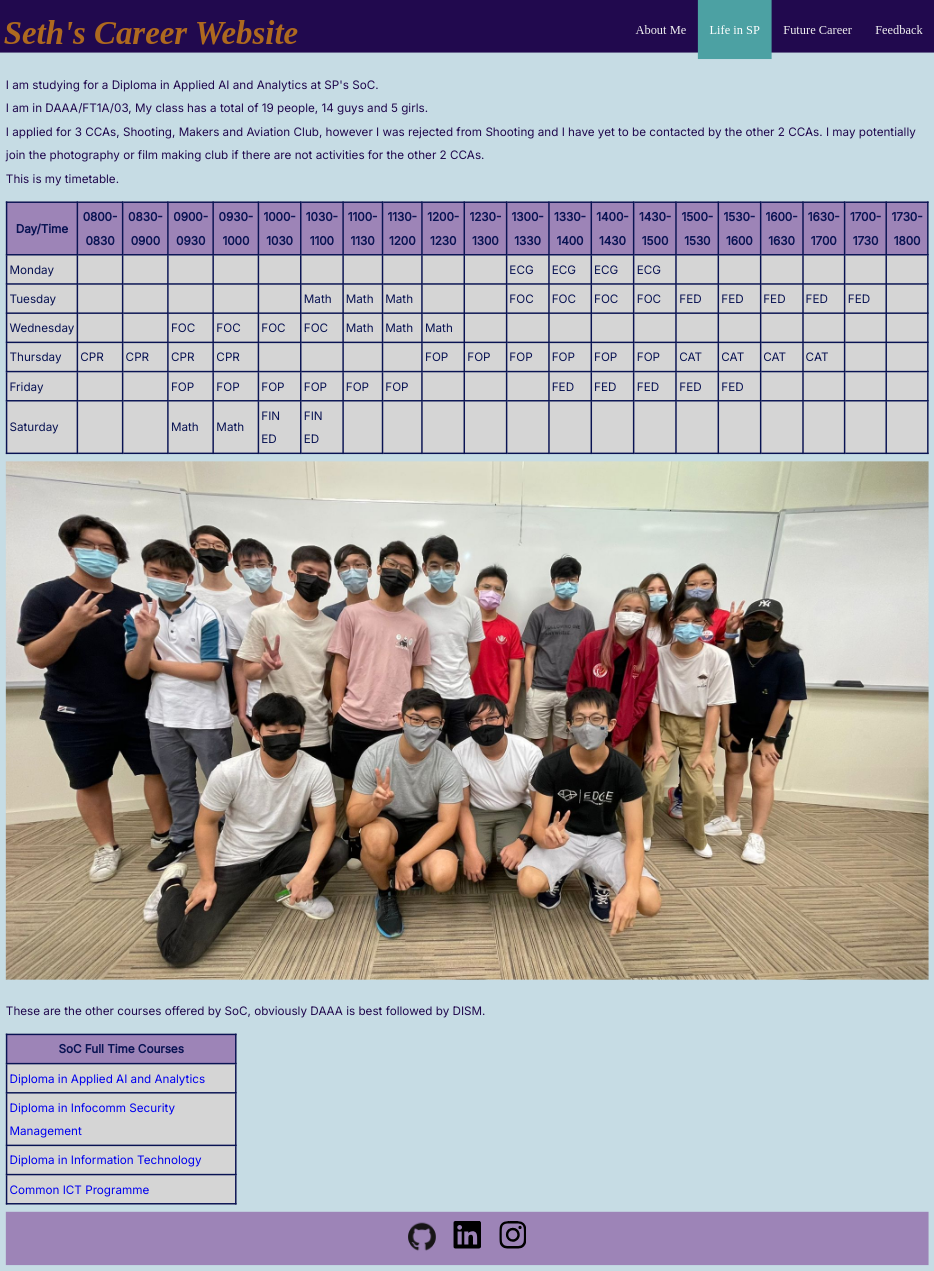
Repository: idkSeth/SP-FED-Website
Page: life.html
The author's editor kept a record of every edit. The page is drawn from the files as they stood at one moment, then again after the next edit.
The browser window is 1280 px wide. The pictures show the whole page, at 73% of full size.
Some web fonts or font styles are not loaded; a fallback is used.

Above is the page before.

### life.html
<!DOCTYPE html>
<html lang="en">
<head>
    <title>Seth's Career Website</title>
    <link rel="icon" type="image" href="/images/favicon.png">
    <meta charset="UTF-8">
    <script src="scripts.js"></script>
    <noscript>Your browser does not support JavaScript! Please use a browser that supports JavaScript.</noscript>
    <link rel="preconnect" href="https://fonts.googleapis.com">
    <link rel="preconnect" href="https://fonts.gstatic.com" crossorigin>
    <link href="https://fonts.googleapis.com/css2?family=ZCOOL+QingKe+HuangYou&display=swap" rel="stylesheet">
    <link href="https://fonts.googleapis.com/css2?family=Inter&family=Open+Sans&display=swap" rel="stylesheet">
    <link rel="stylesheet" href="styles.css">
</head>

<body>
    <header>
        <a class="awesome" href="index.html">Seth's Career Website</a>
        <div class="topnav">
            <a href="index.html">About Me</a>
            <a class="current" href="life.html">Life in SP</a>
            <a href="future.html">Future Career</a>
            <a href="feedback.html">Feedback</a>
        </div>
    </header>

    <div>
        <p>
            I am studying for a Diploma in Applied AI and Analytics at SP's SoC. <br>
            I am in DAAA/FT1A/03, My class has a total of 19 people, 14 guys and 5 girls. <br>
            I applied for 3 CCAs, Shooting, Makers and Aviation Club, however I was rejected from Shooting and I have yet to be contacted by the other 2 CCAs.
            I may potentially join the photography or film making club if there are not activities for the other 2 CCAs.

            <br> This is my timetable.
        </p>
    </div>


    <table class="timetable">
        <thead>
            <tr>
                <th>Day/Time</th>
                <th>0800-0830</th>
                <th>0830-0900</th>
                <th>0900-0930</th>
                <th>0930-1000</th>
                <th>1000-1030</th>
                <th>1030-1100</th>
                <th>1100-1130</th>
                <th>1130-1200</th>
                <th>1200-1230</th>
                <th>1230-1300</th>
                <th>1300-1330</th>
                <th>1330-1400</th>
                <th>1400-1430</th>
                <th>1430-1500</th>
                <th>1500-1530</th>
                <th>1530-1600</th>
                <th>1600-1630</th>
                <th>1630-1700</th>
                <th>1700-1730</th>
                <th>1730-1800</th>
            </tr>
        </thead>
        <tbody>
          <tr>
            <td>Monday</td>
            <td></td>
            <td></td>
            <td></td>
            <td></td>
            <td></td>
            <td></td>
            <td></td>
            <td></td>
            <td></td>
            <td></td>
            <td>ECG</td>
            <td>ECG</td>
            <td>ECG</td>
            <td>ECG</td>
            <td></td>
            <td></td>
            <td></td>
            <td></td>
            <td></td>
            <td></td>
          </tr>
          <tr>
            <td>Tuesday</td>
            <td></td>
            <td></td>
            <td></td>
            <td></td>
            <td></td>
            <td>Math</td>
            <td>Math</td>
            <td>Math</td>
            <td></td>
            <td></td>
            <td>FOC</td>
            <td>FOC</td>
            <td>FOC</td>
            <td>FOC</td>
            <td>FED</td>
            <td>FED</td>
            <td>FED</td>
            <td>FED</td>
            <td>FED</td>
            <td></td>
          </tr>
          <tr>
            <td>Wednesday</td>
            <td></td>
            <td></td>
            <td>FOC</td>
            <td>FOC</td>
            <td>FOC</td>
            <td>FOC</td>
            <td>Math</td>
            <td>Math</td>
            <td>Math</td>
            <td></td>
            <td></td>
            <td></td>
            <td></td>
            <td></td>
            <td></td>
            <td></td>
            <td></td>
            <td></td>
            <td></td>
            <td></td>
          </tr>
          <tr>
            <td>Thursday</td>
            <td>CPR</td>
            <td>CPR</td>
            <td>CPR</td>
            <td>CPR</td>
            <td></td>
            <td></td>
            <td></td>
            <td></td>
            <td>FOP</td>
            <td>FOP</td>
            <td>FOP</td>
            <td>FOP</td>
            <td>FOP</td>
            <td>FOP</td>
            <td>CAT</td>
            <td>CAT</td>
            <td>CAT</td>
            <td>CAT</td>
            <td></td>
            <td></td>
          </tr>
          <tr>
            <td>Friday</td>
            <td></td>
            <td></td>
            <td>FOP</td>
            <td>FOP</td>
            <td>FOP</td>
            <td>FOP</td>
            <td>FOP</td>
            <td>FOP</td>
            <td></td>
            <td></td>
            <td></td>
            <td>FED</td>
            <td>FED</td>
            <td>FED</td>
            <td>FED</td>
            <td>FED</td>
            <td></td>
            <td></td>
            <td></td>
            <td></td>
          </tr>
          <tr>
            <td>Saturday</td>
            <td></td>
            <td></td>
            <td>Math</td>
            <td>Math</td>
            <td>FIN ED</td>
            <td>FIN ED</td>
            <td></td>
            <td></td>
            <td></td>
            <td></td>
            <td></td>
            <td></td>
            <td></td>
            <td></td>
            <td></td>
            <td></td>
            <td></td>
            <td></td>
            <td></td>
            <td></td>
          </tr>
      </tbody>
    </table>


    <img src="images/class.jpeg" alt="My Class">

    <p>
        These are the other courses offered by SoC, obviously DAAA is best followed by DISM.
    </p>

    <div>
        <table class="courses">
            <thead>
                <tr>
                    <th>SoC Full Time Courses</th>
                </tr>
            </thead>

            <tbody>
                <tr>
                    <td>
                        <a href="https://www.sp.edu.sg/soc/courses/full-time-diplomas/applied-AI-and-analytics">Diploma in Applied AI and Analytics</a>
                    </td>
                </tr>
                <tr>
                    <td>
                        <a href="https://www.sp.edu.sg/soc/courses/full-time-diplomas/infocomm-security-management">Diploma in Infocomm Security Management</a>
                    </td>
                </tr>
                <tr>
                    <td>
                        <a href="https://www.sp.edu.sg/soc/courses/full-time-diplomas/information-technology">Diploma in Information Technology</a>
                    </td>
                </tr>
                <tr>
                    <td>
                        <a href="https://www.sp.edu.sg/soc/courses/full-time-diplomas/common-ict-programme">Common ICT Programme</a>
                    </td>
                </tr>
            </tbody>
        </table>
    </div>

    <footer>
        <div id="social">
            <a href="https://github.com/idkSeth" target="_blank" rel="noopener"><img src="images/icons/GitHub-Mark-120px-plus.png" alt="GitHub"></a>
            <a href="https://www.linkedin.com/in/seth-yong-00672b229/" target="_blank" rel="noopener"><img src="/images/icons/linkedin-brands.svg" alt="LinkedIn"></a>
            <a href="https://www.instagram.com/ds047_seth" target="_blank" rel="noopener"><img src="/images/icons/instagram-brands.svg" alt="Instagram"></a>
        </div>
    </footer>

</body>

### styles.css
body {
    background-color:  #C6DCE4;
    margin-top: 100px;
    padding: 0;
    font-family: 'Inter', sans-serif;
    font-weight: normal;
    line-height: 2;
}

#about {
    align-content: center;
    margin: auto;
    padding: auto;
    text-align: center;
    top: 50%;
    text-align: left;
    margin: auto;
    width: 100%;
    height: 100%;
}

#social {
  text-align: center;
  width: 100%;
}

#social a img {
  width: 3%;
  padding: 10px;
}

p {
    color:#21094E;
}

img {
  object-fit: contain;
  width: 100%;
  margin: auto;
}

footer {
  background-color: #9D84B7;
  bottom: 0;
  left: 0;
  width: 100%;
  margin: 0;
  padding: 0;
}


header {
  font-family: 'ZCOOL QingKe HuangYou', cursive;
  background-color: #21094E;
  min-width: 100%;
  width: 100%;
  height: 10%;
  left: 0;
  top: 0;
  position: absolute;
}

header a {
  padding-left: 5px;
}


/* Add a black background color to the top navigation */
.topnav {
  overflow: hidden;
  float: right;
}

/* Style the links inside the navigation bar */
.topnav a {
  float: left;
  color: #f2f2f2;
  text-align: center;
  padding: calc(10% - 19px) 16px;
  text-decoration: none;
  font-size: 17px;
}

/* Change the color of links on hover */
.topnav a:hover {
  background-color: #ddd;
  color: black;
}

/* Highlight current page */
.topnav .current {
  background-color: #4CA1A3;
  color: white;
}

a {
  text-decoration: None;
}

.awesome {
    font-family: futura;
    font-style: italic;
    color: #313131;
    font-size: 45px;
    font-weight: bold;
    -webkit-animation: colorchange 20s infinite alternate;
  }

  @-webkit-keyframes colorchange {
    0% {
      color: blue;
    }
    10% {
      color: #8e44ad;
    }
    20% {
      color: #1abc9c;
    }
    30% {
      color: #d35400;
    }
    40% {
      color: blue;
    }
    50% {
      color: #34495e;
    }
    60% {
      color: blue;
    }
    70% {
      color: #2980b9;
    }
    80% {
      color: #f1c40f;
    }
    90% {
      color: #2980b9;
    }
    100% {
      color: pink;
    }
  }

input[type=text], input[type=email] {
  width: 100%;
  padding: 12px 20px;
  margin: 8px 0;
  box-sizing: border-box;
}

input[type=text]:focus, input[type=email]:focus {
  border: 3px solid #555;
}

input[type=button], input[type=submit], input[type=reset] {
  background-color: #04AA6D;
  border: none;
  color: white;
  padding: 16px 32px;
  text-decoration: none;
  margin: 4px 2px;
  cursor: pointer;
}

.timetable {
  width: 100%;
  background-color: #d5d5d5;
  border-collapse: collapse;
  border-width: 2px;
  border-color: #091353;
  border-style: solid;
  color: #091353;
  margin-bottom: 10px;
}

table td, table th {
  border-width: 2px;
  border-color: #091353;
  border-style: solid;
  padding: 3px;
}

table thead {
  background-color: #9d84b7;
}

.courses {
  width: 25%;
  background-color: #d5d5d5;
  border-collapse: collapse;
  border-width: 2px;
  border-color: #091353;
  border-style: solid;
  color: #091353;
  margin-bottom: 10px;
}

Loaded but not shown: scripts.js (no stored copy; drawn as an empty file)

After the next edit:
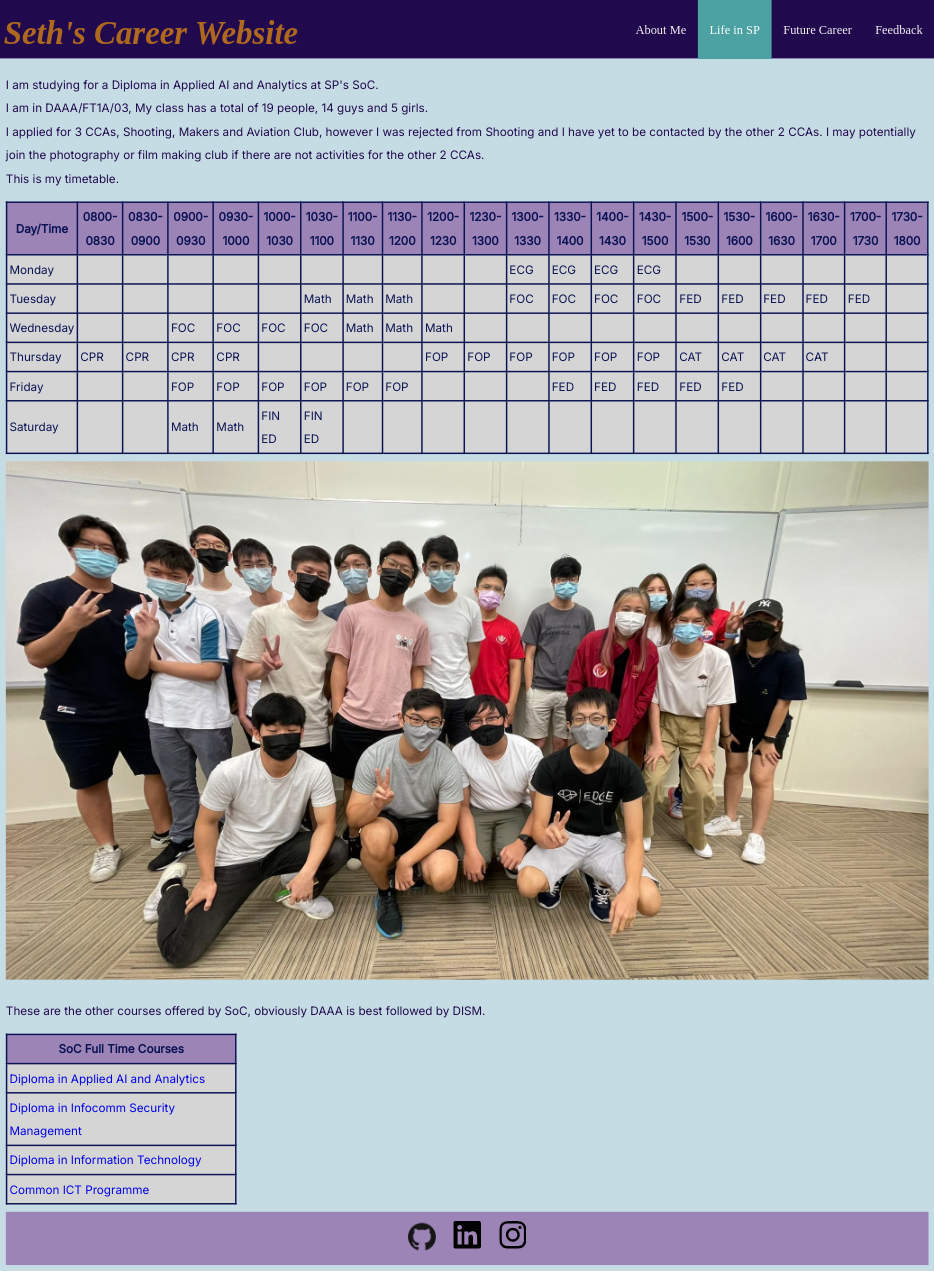
The edit:
--- a/styles.css
+++ b/styles.css
@@ -58,6 +58,7 @@
   left: 0;
   top: 0;
   position: absolute;
+  padding-bottom: 8px;
 }
 
 header a {
